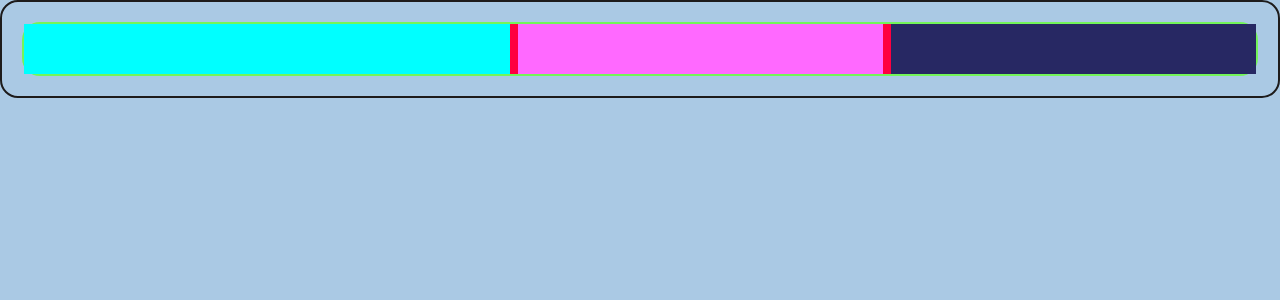
Repository: SbuKhoza/furniture
Page: /
The author's editor kept a copy of each file at every save. The page is drawn from the files as they stood at one save, then again after the next save.
The browser window is 1280 px wide. The pictures show the whole page.
The project was rebuilt for these pictures with package versions that can differ from the ones it lists, and the page was loaded fresh each time.

Above is the page before, as saved 2024-07-12 12:13:55.

### src/App.js

import './App.css';

function App() {
  return (

    <div className='App'>

      <nav>
        <div className='cont1'>

        </div>

        <div className='cont2'>

        </div>

        <div className='cont3'>

        </div>

      </nav>

      <main>

      </main>



    </div>


  );
}

export default App;

### src/App.css
body {
  background-color: rgb(170, 201, 228);
}

.App {
  display: grid;
  grid-template-columns: 2fr 1fr 1fr;
  /* grid-template-rows: 0.3fr 3fr; */
  grid-template-areas: 'nav nav nav'
  'main main main';
  padding: 20px 20px;
  border: 2px solid rgb(29, 27, 27);
  border-radius: 18px;

}

/* Navigation */

nav {
  grid-area: nav;
  background-color: rgb(255, 0, 64);
  display: flex;
  justify-content: space-between;
  align-items: center;
  height: 50px;
  border: 2px solid rgb(115, 245, 89);
  border-radius: 18px;
  gap: 0.5em;

}

.cont1 {
  width: 40%;
  background-color: aqua;
  height: 100%;



}

.cont2 {
  width: 30%;
  background-color: rgb(255, 105, 255);
  height: 100%;


}

.cont3 {
  width: 30%;
  background-color: rgb(39, 40, 99);
  height: 100%;

}

main {
  grid-area: main;
  background-color: blue;
}

Loaded but not shown: public/index.html (common file); src/index.js (common file); src/index.css (common file); src/reportWebVitals.js (common file)

After the next save:
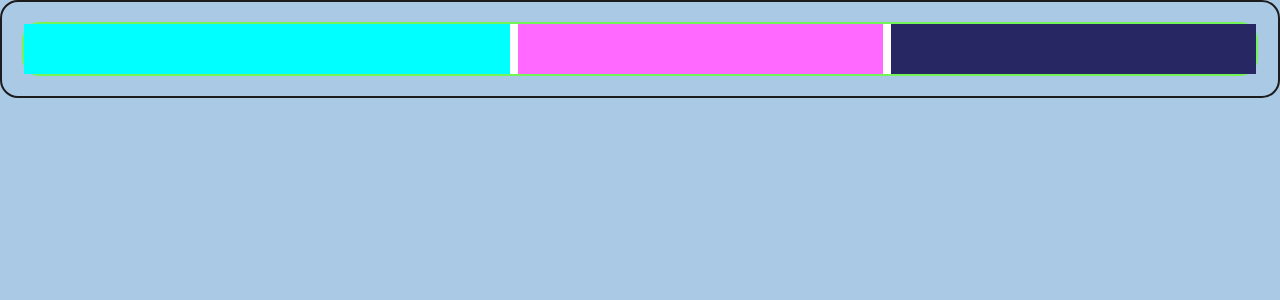
Saved 12 s later.
--- a/src/App.css
+++ b/src/App.css
@@ -18,7 +18,7 @@ body {
 
 nav {
   grid-area: nav;
-  background-color: rgb(255, 0, 64);
+  background-color: rgb(255, 255, 255);
   display: flex;
   justify-content: space-between;
   align-items: center;
